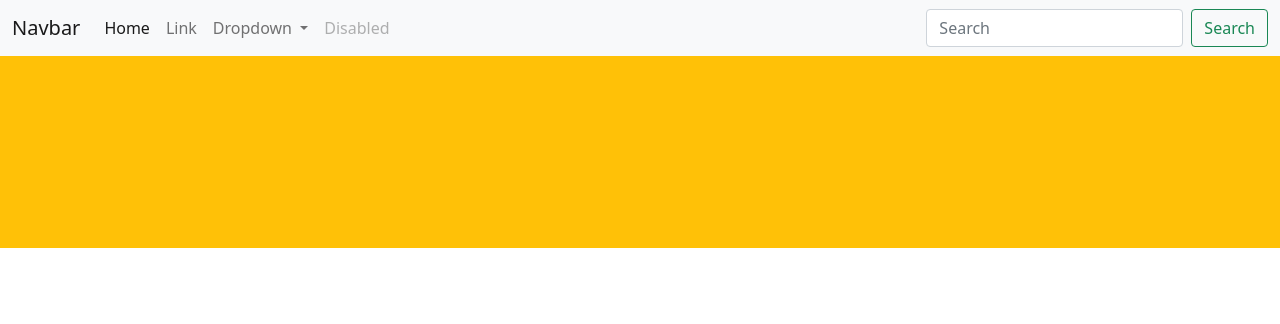
Repository: khulqu15/pengaduan2
Page: http://localhost/
The author's editor kept a copy of each file at every save. The page is drawn from the files as they stood at one save, then again after the next save.
The browser window is 1280 px wide. The pictures show the whole page.
The page is served by the project's Laravel application, run on PHP 8.4 with Laravel 8. Other server files are loaded and not shown.

Above is the page before, as saved 2021-02-23 20:21:52.

### routes/web.php
<?php

use App\Http\Controllers\UserController;
use Illuminate\Support\Facades\Route;

/*
|--------------------------------------------------------------------------
| Web Routes
|--------------------------------------------------------------------------
|
| Here is where you can register web routes for your application. These
| routes are loaded by the RouteServiceProvider within a group which
| contains the "web" middleware group. Now create something great!
|
*/

Route::get('/', function () {
    return view('welcome');
});

Route::get('login', [UserController::class, 'loginGet'])->name('loginView');
Route::post('login', [UserController::class, 'loginPost'])->name('loginLogic');
Route::get('register', [UserController::class, 'registerGet'])->name('registerView');
Route::post('register', [UserController::class, 'registerPost'])->name('registerLogic');

### resources/views/welcome.blade.php
@extends('layout.app')

@section('title', 'Home')

@section('content')
    <div class="container-fluid bg-warning py-5">
        <div class="row py-5">
            <div class="col-md-6">

            </div>
        </div>
    </div>
@endsection

### resources/views/layout/app.blade.php
<!DOCTYPE html>
<html lang="en">
<head>
    <meta charset="UTF-8">
    <meta name="viewport" content="width=device-width, initial-scale=1.0">
    <meta http-equiv="X-UA-Compatible" content="ie=edge">
    <title>Pengaduan | @yield('title')</title>

    <link rel="stylesheet" href="{{ asset('css/bootstrap.min.css') }}">
    <link rel="stylesheet" href="{{ asset('css/all.min.css') }}">
    <link rel="stylesheet" href="{{ asset('css/fontawesome.min.css') }}">

    <script src="{{ asset('js/jquery-3.5.1.min.js') }}"></script>
    <script src="{{ asset('js/bootstrap.min.js') }}"></script>
    <script src="{{ asset('js/all.min.js') }}"></script>
    <script src="{{ asset('js/fontawesome.min.js') }}"></script>

    @yield('assets')

</head>
<body>
    <nav class="navbar navbar-expand-lg navbar-light bg-light">
        <div class="container-fluid">
          <a class="navbar-brand" href="#">Navbar</a>
          <button class="navbar-toggler" type="button" data-bs-toggle="collapse" data-bs-target="#navbarSupportedContent" aria-controls="navbarSupportedContent" aria-expanded="false" aria-label="Toggle navigation">
            <span class="navbar-toggler-icon"></span>
          </button>
          <div class="collapse navbar-collapse" id="navbarSupportedContent">
            <ul class="navbar-nav me-auto mb-2 mb-lg-0">
              <li class="nav-item">
                <a class="nav-link active" aria-current="page" href="#">Home</a>
              </li>
              <li class="nav-item">
                <a class="nav-link" href="#">Link</a>
              </li>
              <li class="nav-item dropdown">
                <a class="nav-link dropdown-toggle" href="#" id="navbarDropdown" role="button" data-bs-toggle="dropdown" aria-expanded="false">
                  Dropdown
                </a>
                <ul class="dropdown-menu" aria-labelledby="navbarDropdown">
                  <li><a class="dropdown-item" href="#">Action</a></li>
                  <li><a class="dropdown-item" href="#">Another action</a></li>
                  <li><hr class="dropdown-divider"></li>
                  <li><a class="dropdown-item" href="#">Something else here</a></li>
                </ul>
              </li>
              <li class="nav-item">
                <a class="nav-link disabled" href="#" tabindex="-1" aria-disabled="true">Disabled</a>
              </li>
            </ul>
            <form class="d-flex">
              <input class="form-control me-2" type="search" placeholder="Search" aria-label="Search">
              <button class="btn btn-outline-success" type="submit">Search</button>
            </form>
          </div>
        </div>
      </nav>

    @yield('content')
</body>
</html>

Loaded but not shown: public/css/bootstrap.min.css (library); public/css/all.min.css (library); public/css/fontawesome.min.css (library); public/js/jquery-3.5.1.min.js (library); public/js/bootstrap.min.js (library); public/js/fontawesome.min.js (library)

After the next save:
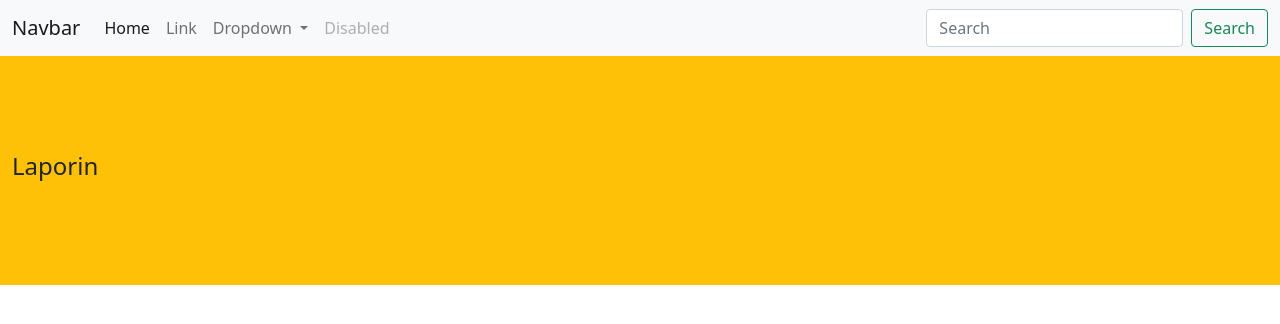
Saved 3 min 1 s later.
--- a/resources/views/welcome.blade.php
+++ b/resources/views/welcome.blade.php
@@ -6,7 +6,7 @@
     <div class="container-fluid bg-warning py-5">
         <div class="row py-5">
             <div class="col-md-6">
-
+                <h4>Laporin</h4>
             </div>
         </div>
     </div>
